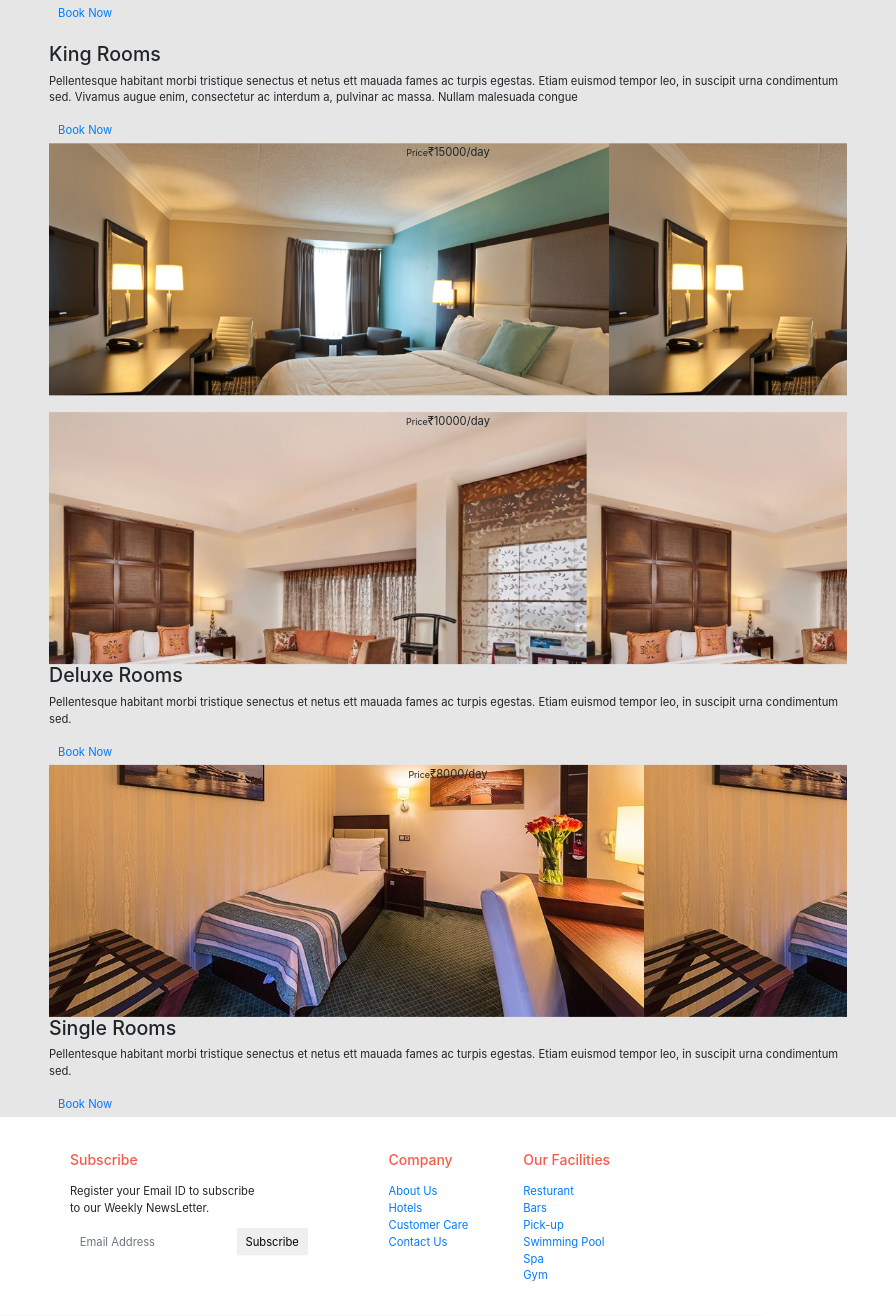
Repository: kapsky5/HotelManagement
Page: rooms.html
An editor plug-in stored every save of this project. The page is shown before and after the next save, followed by the edit.
The browser window is 1280 px wide. The pictures show the part of the page from y = 1154 to 3074 px (the page is 3034 px tall before and 3074 px after), at 70% of full size.
Some web libraries are served in a nearby version.

Above is the page before, as saved 2019-11-08 09:40:35.

After the next save:
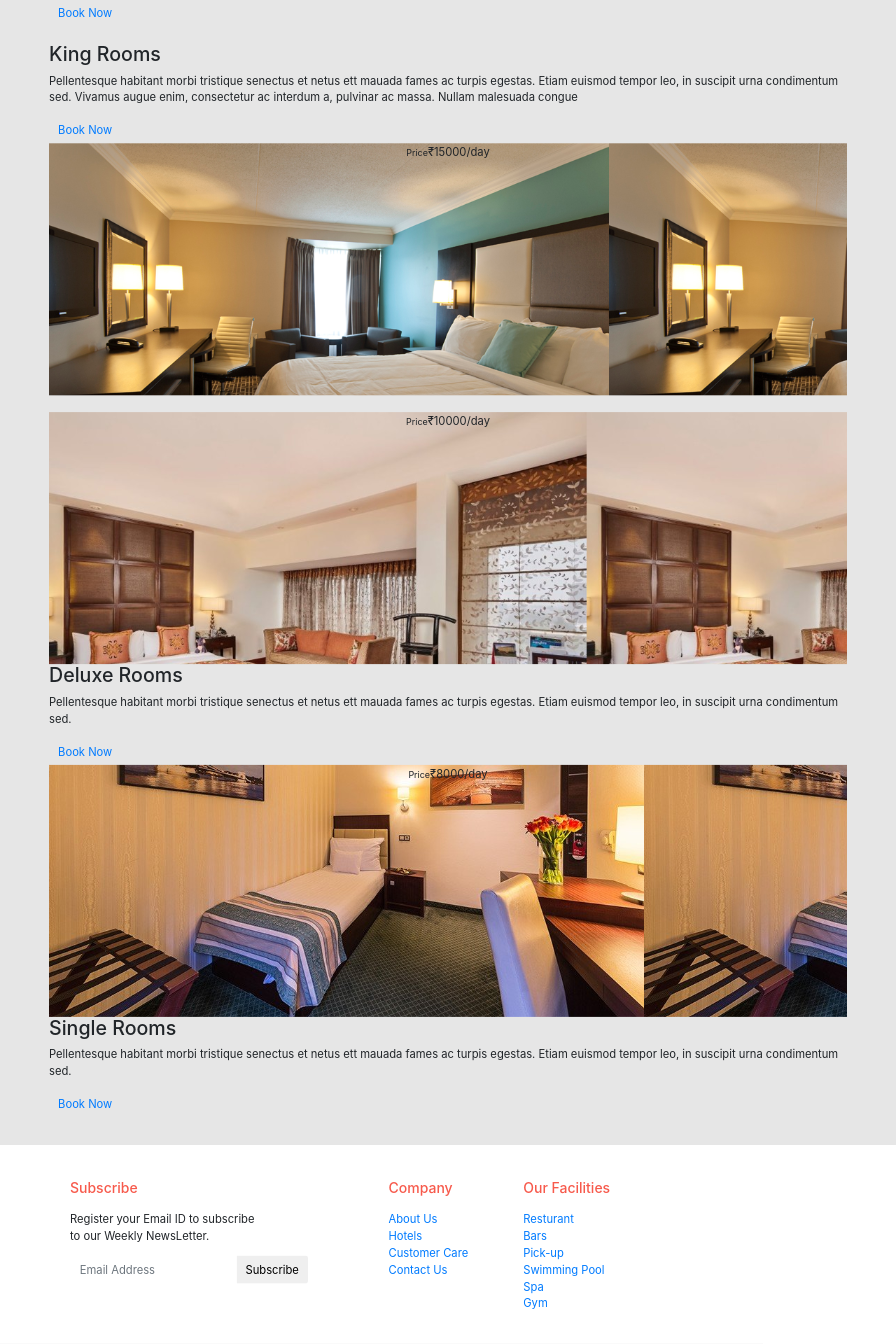
Saved 56 s later.
--- a/rooms.html
+++ b/rooms.html
@@ -35,7 +35,7 @@
         <img src="./images/trial3.jpg" class="image">
     </div>
 
-    <div class="containerz">
+    <div class="containerz" style="padding-bottom: 40px;">
         <div class="container" style="padding: 0px;">
             <br>
             <div class="row avail" id="checker">

After the 2 saves that followed:
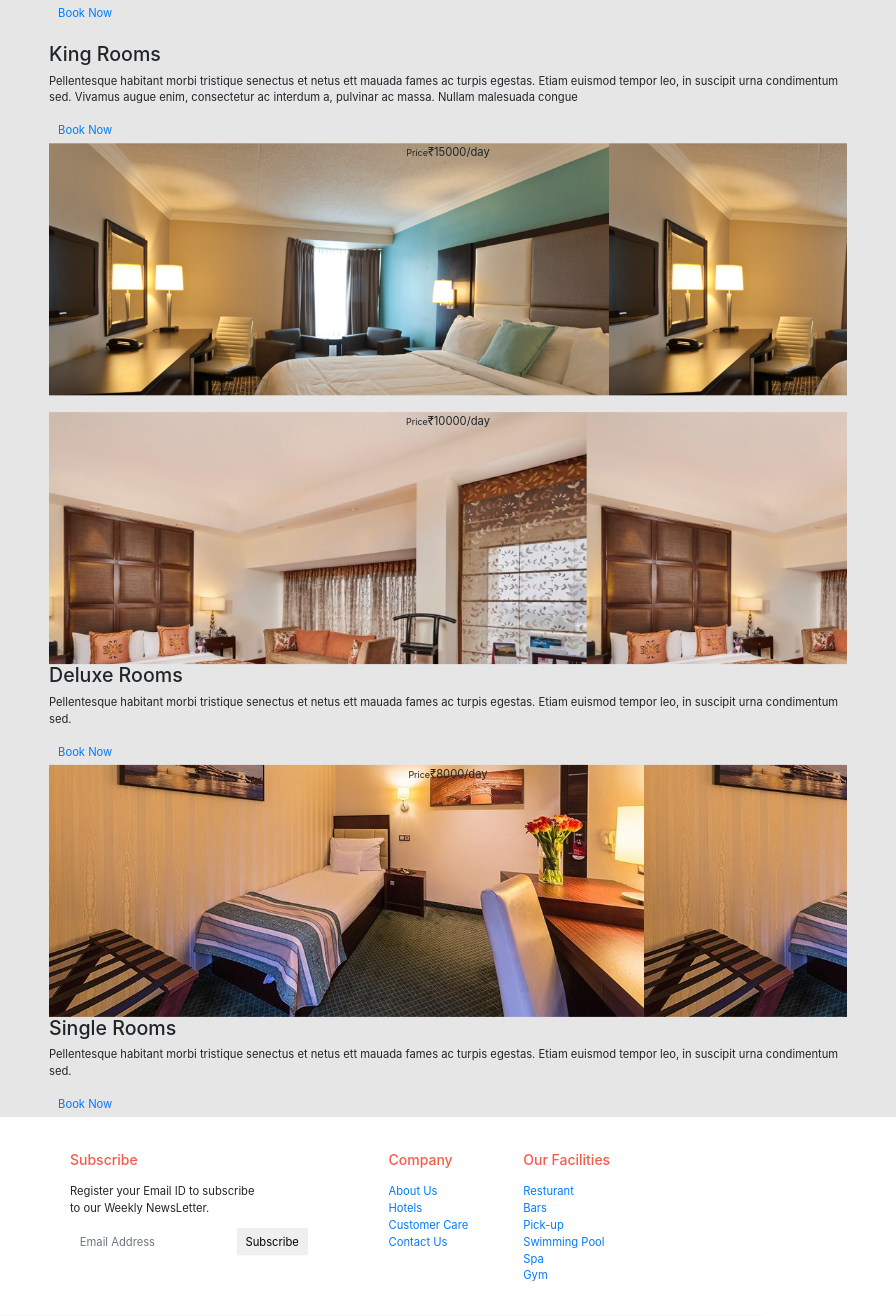
The 2 saves are shown as one change because 1 left the picture as it was.
The last was saved 32 s later.
--- a/rooms.html
+++ b/rooms.html
@@ -35,7 +35,7 @@
         <img src="./images/trial3.jpg" class="image">
     </div>
 
-    <div class="containerz" style="padding-bottom: 40px;">
+    <div class="containerz">
         <div class="container" style="padding: 0px;">
             <br>
             <div class="row avail" id="checker">
